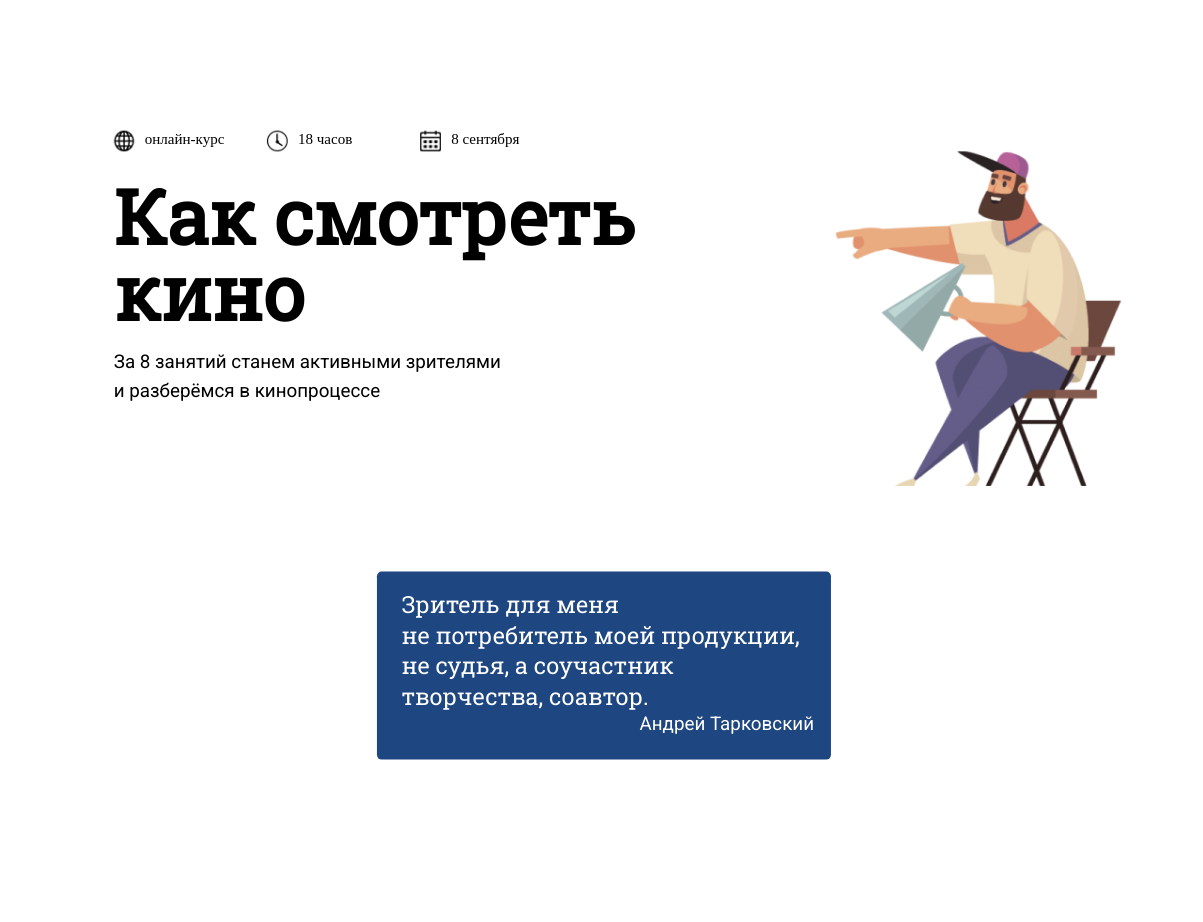
Repository: NatiqSamiyev/fiqma-task-top
Page: index.html
These files come from the project's save history. The page is drawn as it stood at one moment and after a run of saves; the edit follows.
The browser window is 1280 px wide. The pictures show the whole page, at 94% of full size.

Above is the page before, as saved 2023-08-16 15:26:27.

### index.html
<!DOCTYPE html>
<html lang="en">
  <head>
    <meta charset="UTF-8" />
    <meta name="viewport" content="width=device-width, initial-scale=1.0" />
    <link rel="stylesheet" href="index.css" />
    <title>Document</title>
  </head>
  <body>
    <div class="container">
      <img src="./" alt="" />

      <ul>
        <li>
          <img src="./globe.png" alt="" />
          <p>онлайн-курс</p>
        </li>

        <li>
          <img src="./img_135744.png" alt="" />
          <p>18 часов</p>
        </li>

        <li>
          <img src="./calendar_2.png" alt="" />
          <p>8 сентября</p>
        </li>
      </ul>

      <div class="top-container">
        <div class="box-1">
          <h1>Как смотреть кино</h1>
          <br />
          <p>
            За 8 занятий станем активными зрителями<br />
            и разберёмся в кинопроцессе
          </p>
        </div>

        <div class="box-2">
          <img src="./noroot 1.png" alt="" />
        </div>
      </div>

      <div class="bottum-container">
        <p>
          Зритель для меня
          <br />не потребитель моей продукции, не судья, а соучастник
          творчества, соавтор.
        </p>

        <h2>Андрей Тарковский</h2>
      </div>
    </div>
  </body>
</html>

### index.css
@import url("https://fonts.googleapis.com/css2?family=Roboto+Slab&family=Roboto:wght@400;700&display=swap");
* {
  margin: 0;
  padding: 0;
  box-sizing: border-box;
}

.container {
  width: 100%;
  padding: 21px 0px 173px 121px;
}

.container ul {
  margin-top: 100px;
  display: flex;
  list-style-type: none;
}

.container ul img {
  width: 22px;
  height: 22px;
}

.container ul li p {
  width: 130px;
  margin-left: 11px;
}

.container ul li {
  display: flex;
  justify-content: space-between;
}

.top-container {
  display: flex;
}

.box-1 {
  width: 628px;
  margin: 29px 0px 0 0;
}

.box-1 h1 {
  color: #000;
  font-family: Roboto Slab;
  font-size: 80px;
  font-style: normal;
  font-weight: 700;
  line-height: 101.385%;
}

.box-1 p {
  color: #000;
  font-family: Roboto;
  font-size: 20px;
  font-style: normal;
  font-weight: 400;
  line-height: 150%;
}

.box-2 {
  margin-left: 140px;
}

.box-2 img {
  width: 304px;
  height: 356px;
}

.bottum-container {
  padding: 19px 18px 0 26px;
  width: 483px;
  height: 200px;
  margin: 87px 0 0 280px;
  border-radius: 5px;
  background: #1e4681;
}

.bottum-container p {
  color: #fff;
  font-family: Roboto Slab;
  font-size: 25px;
  font-style: normal;
  font-weight: 400;
  line-height: 130%;
}

.bottum-container h2 {
  color: #fff;
  text-align: right;
  font-family: Roboto;
  font-size: 20px;
  font-style: normal;
  font-weight: 400;
  line-height: 130%;
}

After the next 2 saves:
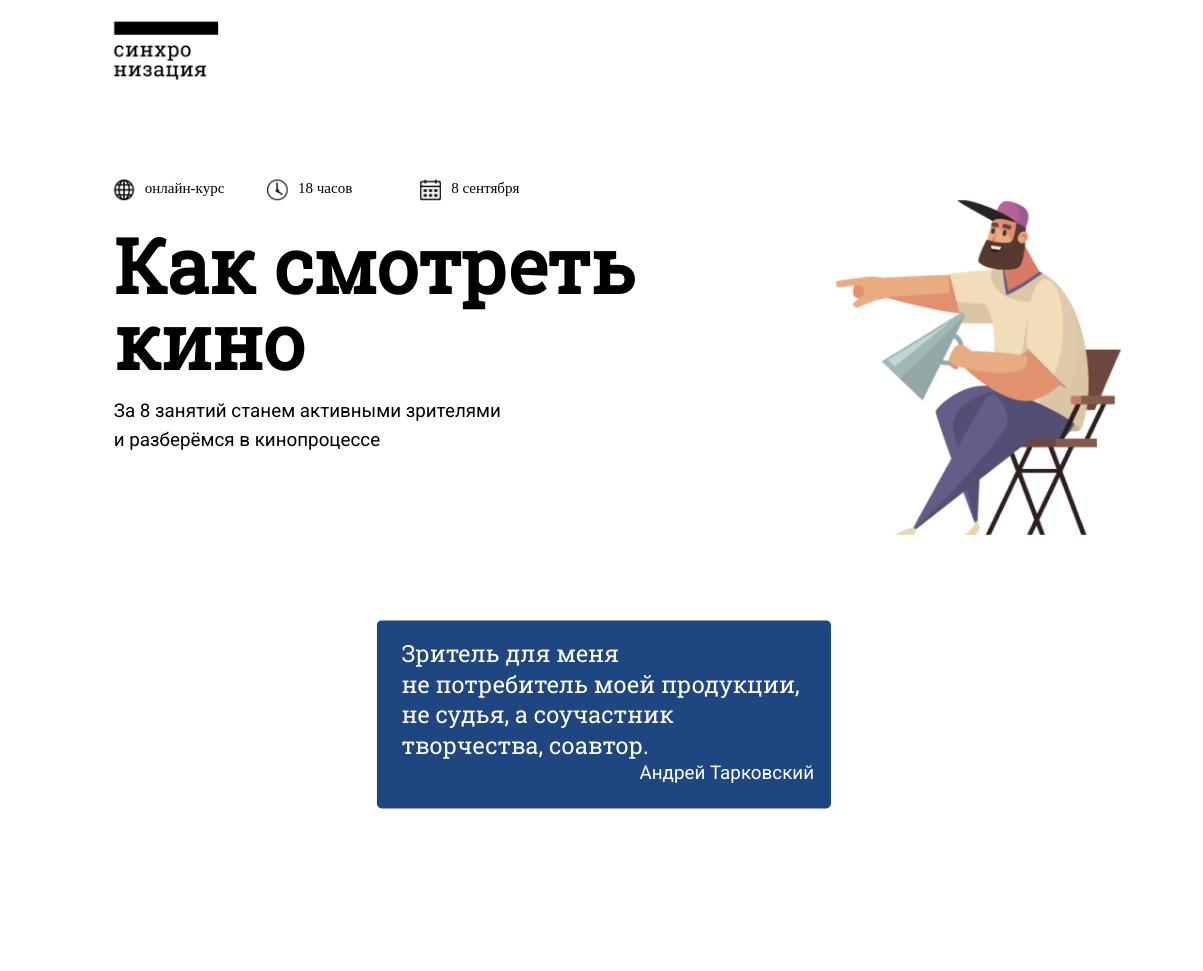
The 2 saves are shown as one change because they came seconds apart.
The last was saved 6 s later.
--- a/index.html
+++ b/index.html
@@ -8,7 +8,7 @@
   </head>
   <body>
     <div class="container">
-      <img src="./" alt="" />
+      <img src="./images/logo_mobile_black 1.png" alt="" />
 
       <ul>
         <li>
